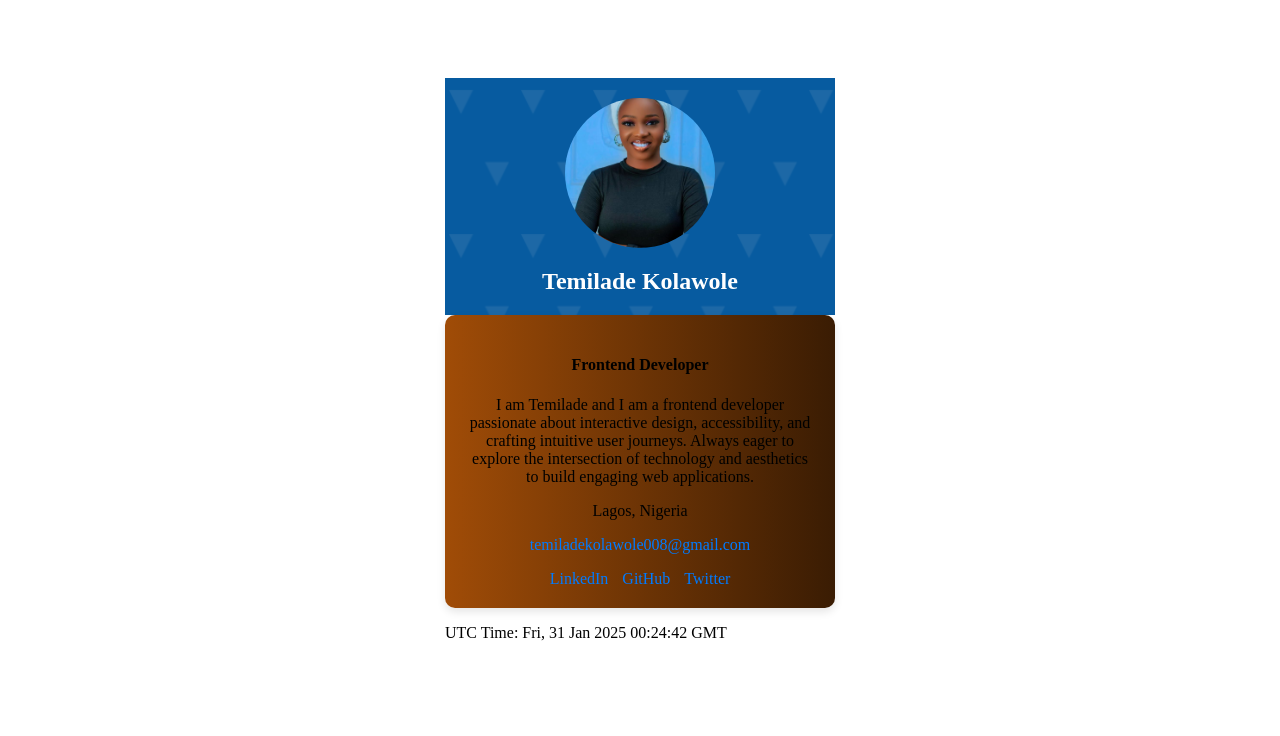
Repository: KolawoleTemilade/ticket-guarantor
Page: profilecard/index..html
These files come from the project's save history. The page is drawn as it stood at one moment and after the next save; the edit follows.
The browser window is 1280 px wide. The pictures show the whole page.

Above is the page before, as saved 2025-02-04 17:21:40.

### profilecard/index..html
<!DOCTYPE html>
<html lang="en">
<head>
    <meta charset="UTF-8">
    <meta name="viewport" content="width=device-width, initial-scale=1.0">
    <title>Profile Card</title>
    <link rel="stylesheet" href="style.css">
</head>
<body>
    <section >
        <div class="background" style="background-image: url('./asset/bgo.svg');">
            <img src="./asset/profile.jpg" alt="Profile Picture" data-testid="profilePicture">
            <h2 class="fullname" data-testid="fullName">Temilade Kolawole</h2>
        </div>
        <div class="card" >
        <h4 data-testid="jobTitle">Frontend Developer</h4>
        <p data-testid="shortBio">
            I am Temilade and I am a frontend developer passionate about interactive design,
            accessibility, and crafting intuitive user journeys. Always eager to explore
            the intersection of technology and aesthetics to build engaging web applications.
        </p>
        <p data-testid="currentLocation">Lagos, Nigeria</p>
        <p data-testid="emailAddress">
            <a href="mailto:temiladekolawole008@gmail.com" target="_blank">
                temiladekolawole008@gmail.com
            </a>
        </p>
        <div class="social-links" data-testid="socialLinks">
            <a href="https://linkedin.com/in/temiladekolawole13" target="_blank">LinkedIn</a>
            <a href="https://github.com/kolawoleTemilade" target="_blank">GitHub</a>
            <a href="https://twitter.com/temmie415" target="_blank">Twitter</a>
        </div>
    </div>
        <p data-testid="currentTimeUTC" id="utcTime"></p>
    </section>

    <script>
        // Update UTC time every second
        function updateTime() {
            const utcTime = new Date().toUTCString();
            document.getElementById('utcTime').textContent = `UTC Time: ${utcTime}`;
        }

        // Initial call and set interval
        updateTime();
        setInterval(updateTime, 1000);
    </script>
</body>
</html>

### profilecard/style.css
body {
  display: flex;
  align-items: center;
  justify-content: center;
  height: 100vh;
}

.card {
  background: #fff;
  padding: 20px;
  border-radius: 10px;
  box-shadow: 0 4px 8px rgba(0, 0, 0, 0.1);
  text-align: center;
  max-width: 350px;
  width: 100%;
  background: linear-gradient(to right, #A04C07, #3A1C03);
}
.background {
  width: 100%;
  padding: 0;
  display: flex;
  flex-direction: column;
  justify-content: center;
  align-items: center;
}
img {
  width: 150px;
  height: 150px;
  border-radius: 50%;
  object-fit: cover;
  margin-top: 20px;
}
a {
  margin: 0 5px;
  text-decoration: none;
  color: #007bff;
}
.fullname {
  color: #fff;
}

After the next save:
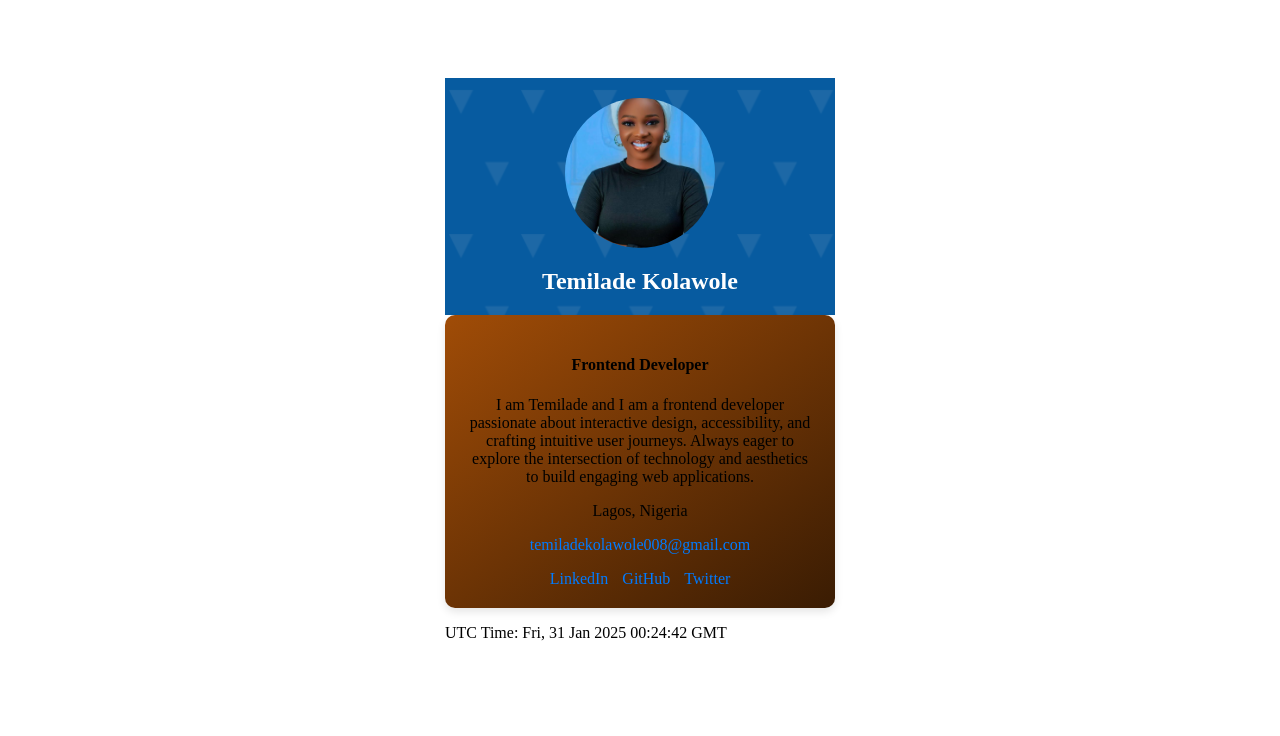
Saved 28 s later.
--- a/profilecard/style.css
+++ b/profilecard/style.css
@@ -13,7 +13,7 @@
   text-align: center;
   max-width: 350px;
   width: 100%;
-  background: linear-gradient(to right, #A04C07, #3A1C03);
+  background: linear-gradient(145deg, #A04C07, #3A1C03);
 }
 .background {
   width: 100%;

After the save that followed:
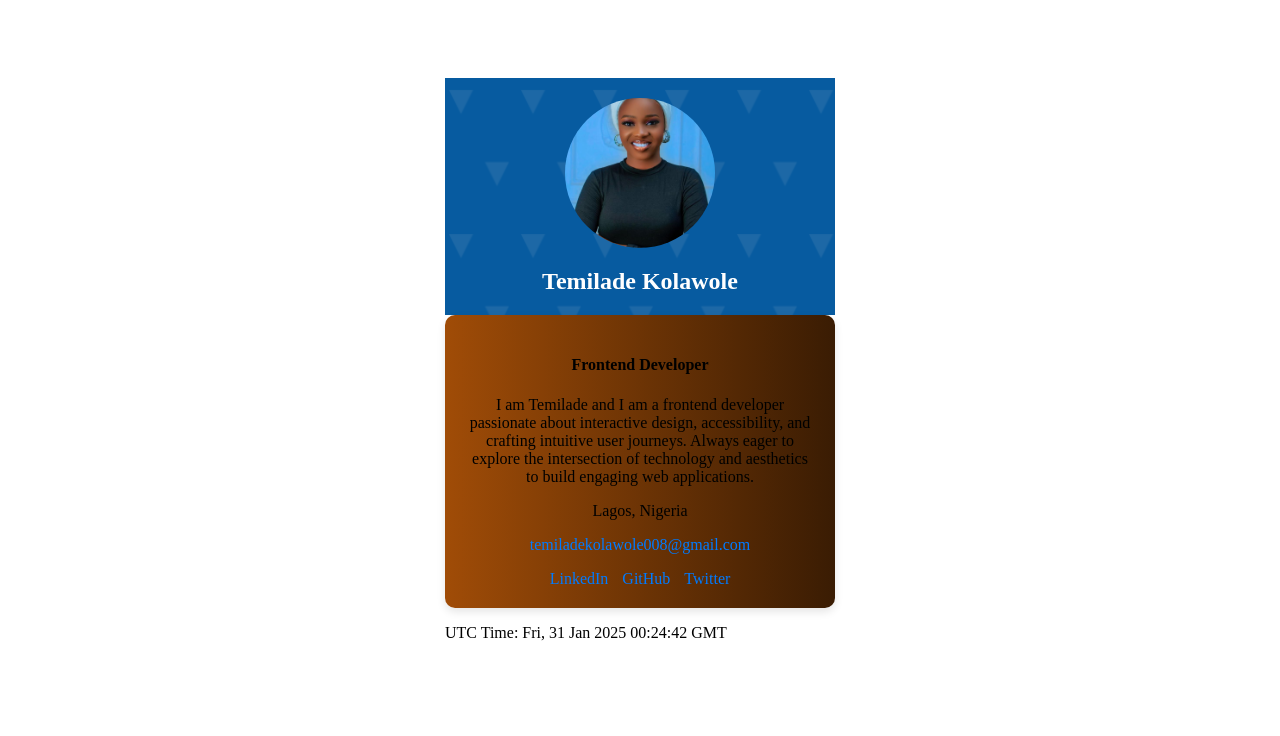
Saved 9 s later.
--- a/profilecard/style.css
+++ b/profilecard/style.css
@@ -13,7 +13,7 @@
   text-align: center;
   max-width: 350px;
   width: 100%;
-  background: linear-gradient(145deg, #A04C07, #3A1C03);
+  background: linear-gradient(90deg, #A04C07, #3A1C03);
 }
 .background {
   width: 100%;
